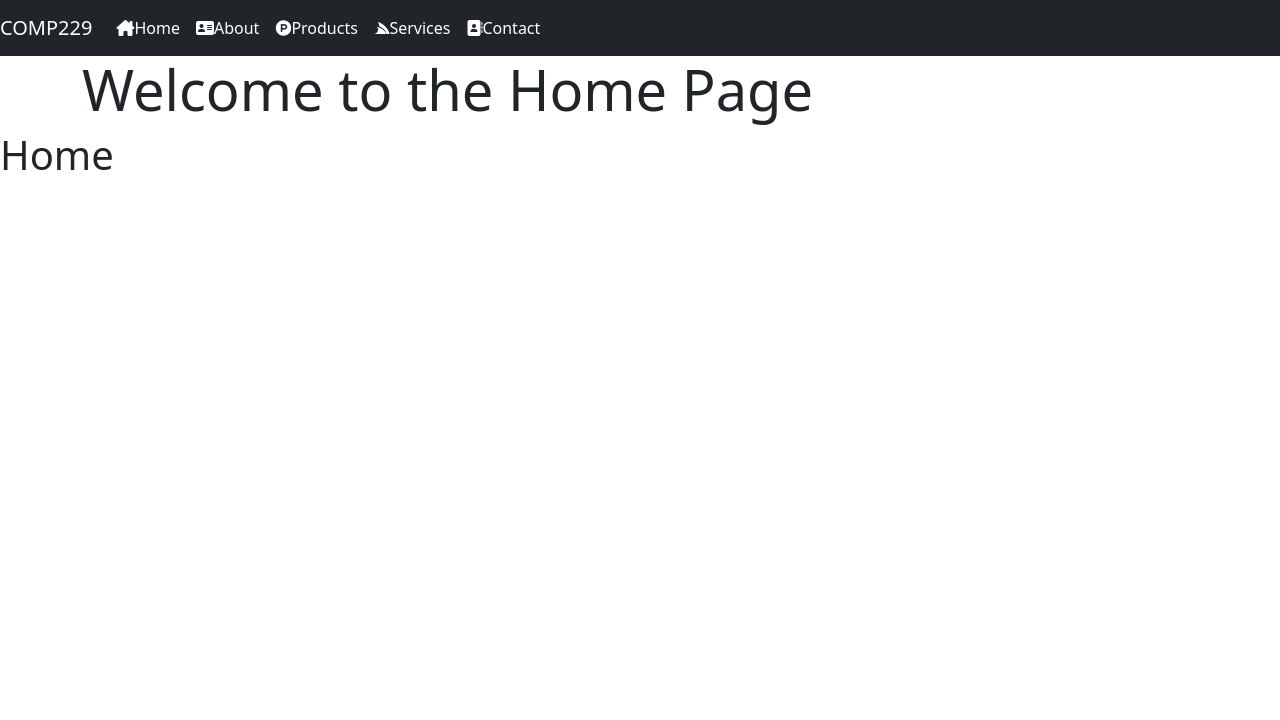
Repository: BlessingAjiboye/WEEK52023W
Page: http://localhost/
The author's editor kept a copy of each file at every save. The page is drawn from the files as they stood at one save, then again after the next save.
The browser window is 1280 px wide. The pictures show the whole page.
The page is served by the project's Node server (server.js). Other server files are loaded and not shown.

Above is the page before, as saved 2023-01-26 11:34:22.

### views/index.ejs
<!DOCTYPE html>
<html lang="en">
<head>
  <meta charset="UTF-8">
  <meta http-equiv="X-UA-Compatible" content="IE=edge">
  <meta name="viewport" content="width=device-width, initial-scale=1.0">
  <title><%= title %></title>
  <!--css section-->
  <link rel="stylesheet" href="/bootstrap/dist/css/bootstrap.min.css"/>
  <link rel="stylesheet" href="/@fortawesome/fontawesome-free/css/all.min.css"/>

  <link rel='stylesheet' href='/Content/app.css' />
</head>
<body>
  <!--Main Nav Navigation-->
  <nav class="navbar navbar-expand-lg navbar-dark bg-dark">
  <!--<div class="container-fluid">-->
    <a class="navbar-brand" href="#">COMP229</a>
    <button class="navbar-toggler" type="button" data-toggle="collapse" data-target="#navbarSupportedContent" aria-controls="navbarSupportedContent" aria-expanded="false" aria-label="Toggle navigation">
      <span class="navbar-toggler-icon"></span>
    </button>
    <div class="collapse navbar-collapse" id="navbarSupportedContent">
      <ul class="navbar-nav ml-auto">
        <% if(title=="Home"){%>
        <li class="nav-item active">
          <%}else{%>
            <li class="nav-item">
              <%}%>
          <a class="nav-link active" aria-current="page" href="/home"><i class="fa-solid fa-house-chimney"></i>Home</a>
        </li>
        <% if(title=="Home"){%>
        <li class="nav-item active">
          <%}else{%>
            <li class="nav-item">
              <%}%>
          <a class="nav-link active" aria-current="page" href="/about"><i class="fa-solid fa-address-card"></i>About</a>
        </li>
        <% if(title=="Home"){%>
        <li class="nav-item active">
           <%}else{%>
            <li class="nav-item">
              <%}%>
          <a class="nav-link active" aria-current="page" href="/products"><i class="fa-brands fa-product-hunt"></i>Products</a>
        </li>
        <% if(title=="Home"){%>
        <li class="nav-item active">
          <%}else{%>
            <li class="nav-item">
              <%}%>
          <a class="nav-link active" aria-current="page" href="/services"><i class="fa-brands fa-servicestack"></i>Services</a>
        </li>
        <% if(title=="Home"){%>
        <li class="nav-item active">
           <%}else{%>
            <li class="nav-item">
              <%}%>
          <a class="nav-link active" aria-current="page" href="/contact"><i class="fa-solid fa-address-book"></i>Contact</a>
        </li>


    <!--</div>-->
  </div>
</nav>
<main class="container">
  <div class="jumbotron">
    <h1 class="display-4">Welcome to the <%= title %> Page</h1>
    </div>
  </main>
  <footer>

    </footer>
   <h1><%= title %></h1>
   <!--<p>Welcome to <%= title %></p>-->
   <!--Script section-->
   <script src="/jquery/dist/jquery.min.js"></script>
   <script src="/bootstrap/dist/js/bootstrap.min.js"></script>
    <script src="/Scripts/app.js"></script>

</body>
</html>

### server.js
#!/usr/bin/env node

/**
 * Module dependencies.
 */

var app = require('./app');
var debug = require('debug')('week3:server');
var http = require('http');

/**
 * Get port from environment and store in Express.
 */

var port = normalizePort(process.env.PORT || '3000');
app.set('port', port);

/**
 * Create HTTP server.
 */

var server = http.createServer(app);

/**
 * Listen on provided port, on all network interfaces.
 */

server.listen(port);
server.on('error', onError);
server.on('listening', onListening);

/**
 * Normalize a port into a number, string, or false.
 */

function normalizePort(val) {
  var port = parseInt(val, 10);

  if (isNaN(port)) {
    // named pipe
    return val;
  }

  if (port >= 0) {
    // port number
    return port;
  }

  return false;
}

/**
 * Event listener for HTTP server "error" event.
 */

function onError(error) {
  if (error.syscall !== 'listen') {
    throw error;
  }

  var bind = typeof port === 'string'
    ? 'Pipe ' + port
    : 'Port ' + port;

  // handle specific listen errors with friendly messages
  switch (error.code) {
    case 'EACCES':
      console.error(bind + ' requires elevated privileges');
      process.exit(1);
      break;
    case 'EADDRINUSE':
      console.error(bind + ' is already in use');
      process.exit(1);
      break;
    default:
      throw error;
  }
}

/**
 * Event listener for HTTP server "listening" event.
 */

function onListening() {
  var addr = server.address();
  var bind = typeof addr === 'string'
    ? 'pipe ' + addr
    : 'port ' + addr.port;
  debug('Listening on ' + bind);
}

### routes/index.js
var express = require('express');
var router = express.Router();

/* GET home page. */
router.get('/', function(req, res, next) {
  res.render('index', { title: 'Home' });
});

router.get('/about', function(req, res, next) {
  res.render('index', { title: 'About' });
});
router.get('/products', function(req, res, next) {
  res.render('index', { title: 'Products' });
});
router.get('/contact', function(req, res, next) {
  res.render('index', { title: 'Contact' });
});
router.get('/services', function(req, res, next) {
  res.render('index', { title: 'Services' });
});

module.exports = router;

### app.js
let createError = require('http-errors');
let express = require('express');
let path = require('path');
let cookieParser = require('cookie-parser');
let logger = require('morgan');

let indexRouter = require('./routes/index');
let usersRouter = require('./routes/users');

let app = express();

// view engine setup
app.set('views', path.join(__dirname, 'views'));
app.set('view engine', 'ejs');

app.use(logger('dev'));
app.use(express.json());
app.use(express.urlencoded({ extended: false }));
app.use(cookieParser());
app.use(express.static(path.join(__dirname, 'public')));
app.use(express.static(path.join(__dirname, 'node_modules')));

app.use('/', indexRouter);
app.use('/users', usersRouter);

// catch 404 and forward to error handler
app.use(function(req, res, next) {
  next(createError(404));
});

// error handler
app.use(function(err, req, res, next) {
  // set locals, only providing error in development
  res.locals.message = err.message;
  res.locals.error = req.app.get('env') === 'development' ? err : {};

  // render the error page
  res.status(err.status || 500);
  res.render('error');
});

module.exports = app;

### public/Content/app.css

/*Custom css goes here*/

### public/Scripts/app.js
(function () {
    function start() {
        console.log("App Started...");
    }
    window.addEventListener("load", start);
})();

After the next save:
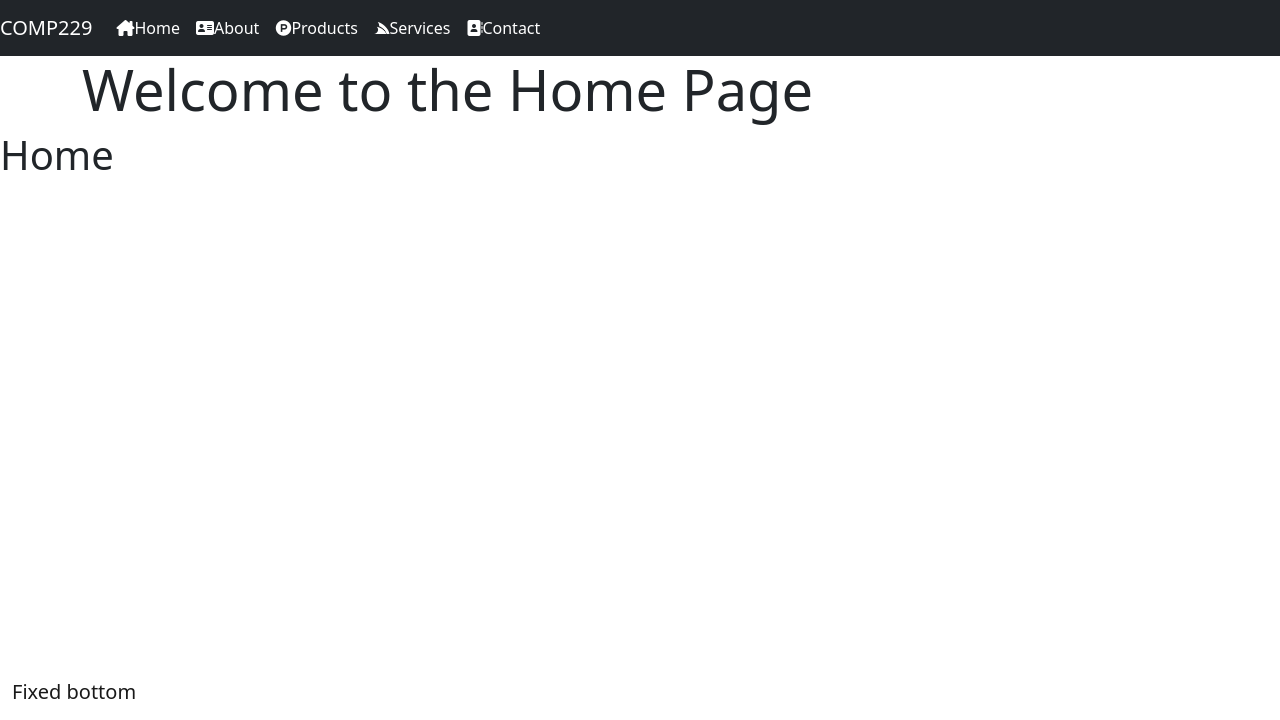
Saved 41 s later.
--- a/views/index.ejs
+++ b/views/index.ejs
@@ -67,7 +67,11 @@
     </div>
   </main>
   <footer>
-
+    <nav class="navbar fixed-bottom bg-body-tertiary">
+  <div class="container-fluid">
+    <a class="navbar-brand" href="#">Fixed bottom</a>
+  </div>
+</nav>
     </footer>
    <h1><%= title %></h1>
    <!--<p>Welcome to <%= title %></p>-->

After the 2 saves that followed:
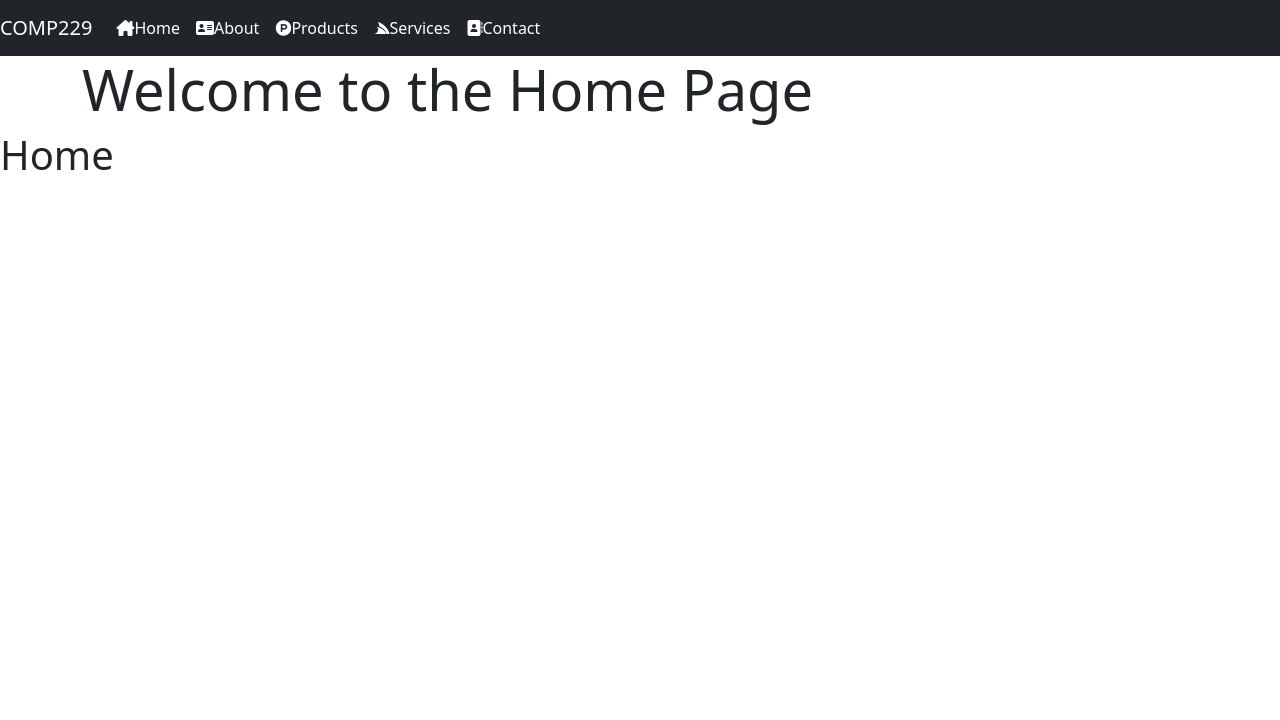
The 2 saves are shown as one change because they came seconds apart.
The last was saved 41 s later.
--- a/views/index.ejs
+++ b/views/index.ejs
@@ -67,7 +67,7 @@
     </div>
   </main>
   <footer>
-    <nav class="navbar fixed-bottom bg-body-tertiary">
+    <nav class="navbar fixed-bottom navbar-dark bg-body-tertiary">
   <div class="container-fluid">
     <a class="navbar-brand" href="#">Fixed bottom</a>
   </div>
